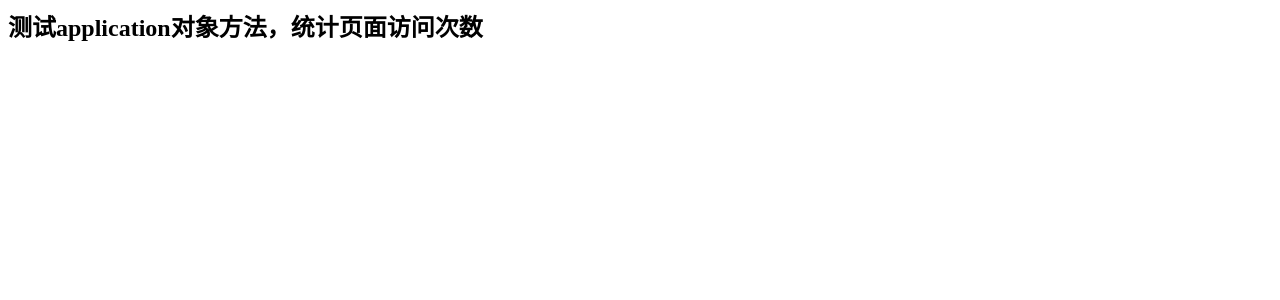
Repository: Fuhai-Chen/javaweb
Page: http://localhost/Chapter_4_example/application/applicationDemo01.jsp
An editor plug-in stored every save of this project. The page is shown before and after the next save, followed by the edit.
The browser window is 1280 px wide. The pictures show the whole page.
The page is served by Tomcat 9.

Above is the page before, as saved 2020-09-27 07:56:42.

### Chapter_4_example/WebRoot/application/applicationDemo01.jsp
<%@ page language="java" import="java.util.*" pageEncoding="UTF-8"%>
<%
String path = request.getContextPath();
String basePath = request.getScheme()+"://"+request.getServerName()+":"+request.getServerPort()+path+"/";
%>

<!DOCTYPE HTML PUBLIC "-//W3C//DTD HTML 4.01 Transitional//EN">
<html>
  <head>
    <base href="<%=basePath%>">

    <title>My JSP 'applicationDemo01.jsp' starting page</title>

	<meta http-equiv="pragma" content="no-cache">
	<meta http-equiv="cache-control" content="no-cache">
	<meta http-equiv="expires" content="0">
	<meta http-equiv="keywords" content="keyword1,keyword2,keyword3">
	<meta http-equiv="description" content="This is my page">
	<!--
	<link rel="stylesheet" type="text/css" href="styles.css">
	-->

  </head>

  <body>
    <h2>测试application对象方法，统计页面访问次数</h2>
    <%
    	if(application.getAttribute("counter") == null){	//没有访问次数时，则表示此次访问是第一次访问，定义counter为1。
    		application.setAttribute("counter","1");
    	}
    	else{
    		String strnum = null;
    		strnum = application.getAttribute("counter").toString();
    		int icount = 0;
    		icount = Integer.valueOf(strnum).intValue();
    		icount ++;
    		application.setAttribute("counter",Integer.toString(icount));


    	}

     %>
  </body>
</html>

After the next save:
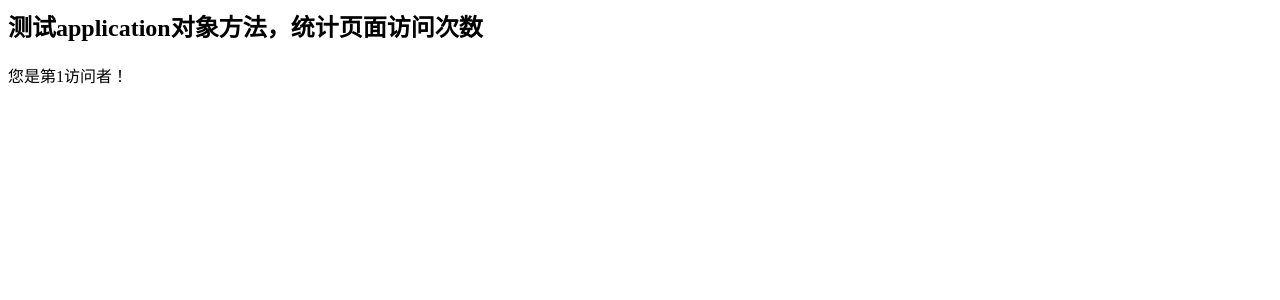
Saved 51 s later.
--- a/Chapter_4_example/WebRoot/application/applicationDemo01.jsp
+++ b/Chapter_4_example/WebRoot/application/applicationDemo01.jsp
@@ -40,5 +40,6 @@ String basePath = request.getScheme()+"://"+request.getServerName()+":"+request.
     	}
 
      %>
+     您是第<%=application.getAttribute("counter") %>访问者！
   </body>
 </html>
